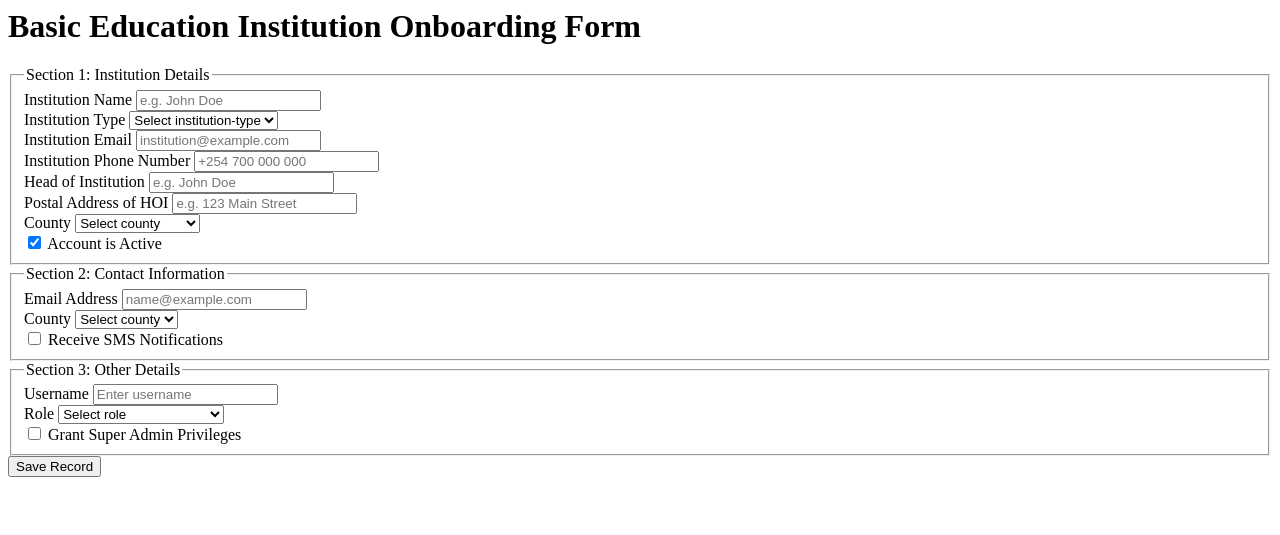
Repository: ndirituart/KEMIS
Page: angular-client/src/app/pages/basic-education/basic-education.html
The author's editor kept a copy of each file at every save. The page is drawn from the files as they stood at one save, then again after the next save.
The browser window is 1280 px wide. The pictures show the whole page.

Above is the page before, as saved 2026-10-19 17:57:17.

After the next save:
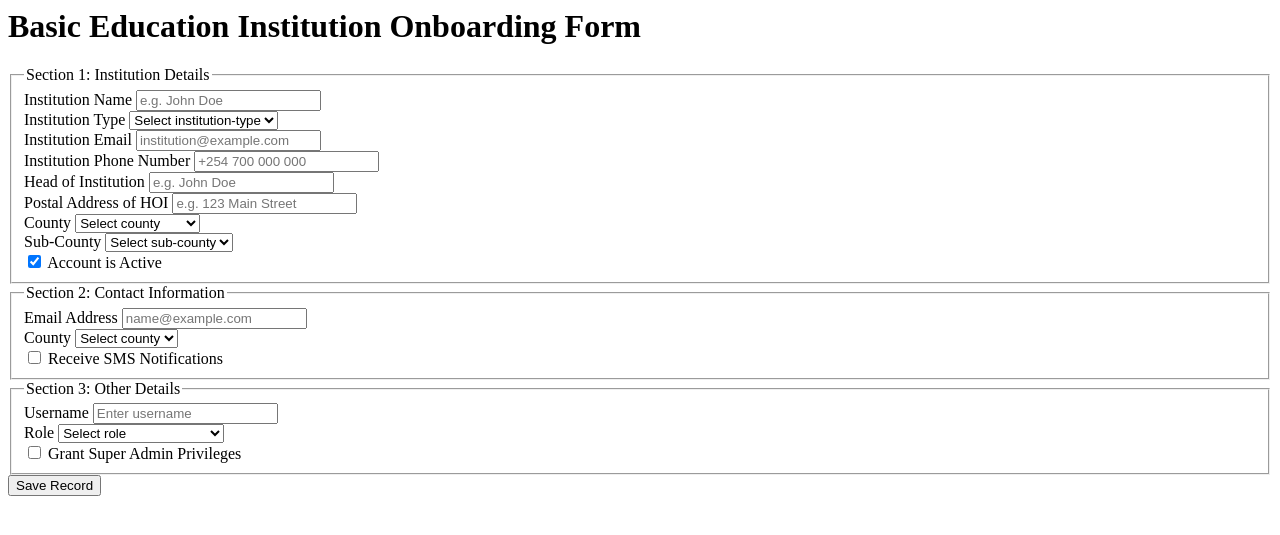
Saved 4 s later.
--- a/angular-client/src/app/pages/basic-education/basic-education.html
+++ b/angular-client/src/app/pages/basic-education/basic-education.html
@@ -105,7 +105,12 @@
       </div>
 
       <!--Sub-County List dependent on county chosen-->
-      <div class="col-md-6"></div>
+      <div class="col-md-6">
+        <label for="subCounty" class="form-label fw-semibold">Sub-County</label>
+        <select class="form-select" id="subCounty" name="subCounty" required>
+          <option value="" disabled selected>Select sub-county</option>
+        </select>
+      </div>
 
 
       <!-- Boolean Toggle (Switch) -->
